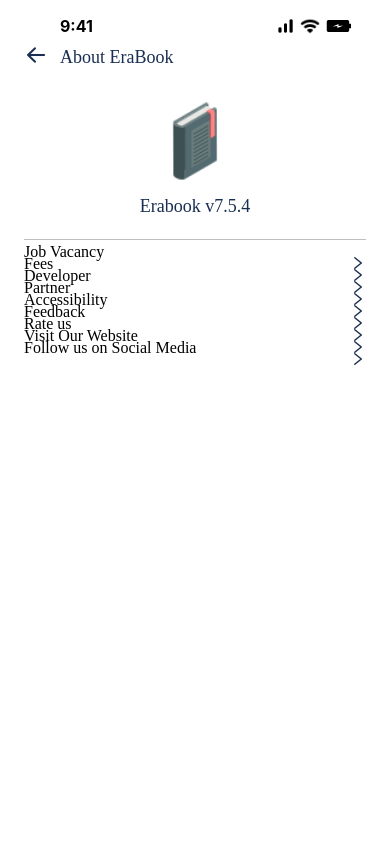
Repository: tnmod/Erabook
Screen: / (app in app/)
An editor plug-in stored every save of this project. The screen is shown before and after the next save, followed by the edit.
The app was drawn by React Native's web renderer in a window 390 px wide. The project was rebuilt for these pictures with package versions that can differ from the ones it lists, and the page was loaded fresh each time. Imported but missing from the stored project, and not drawn on this page: app/src/redux/features/CounterAPI.

Above is the screen before, as saved 2023-05-25 15:00:14.

After the next save:
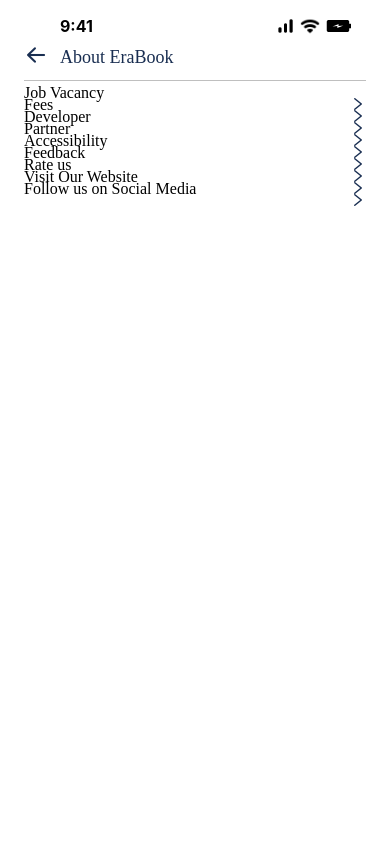
Saved 43 s later.
--- a/app/src/screens/Notification/Notification.tsx
+++ b/app/src/screens/Notification/Notification.tsx
@@ -13,10 +13,6 @@
           <Icon size={24} name='arrowleft' color={'#192e51'} />
           <Text style={[styles.text500, { marginLeft: 12, fontSize: 18 }]}>About EraBook</Text>
         </TouchableOpacity>
-        <View style={[{ alignItems: 'center', marginVertical: 12, marginTop: 32 }]}>
-          <Image style={{ width: 82, height: 82 }} source={require('../../assets/icon/main/main-icon.png')} />
-          <Text style={[styles.text700, { fontSize: 18, marginTop: 12 }]}>Erabook v7.5.4</Text>
-        </View>
         <View style={{ width: "100%", height: 0.5, backgroundColor: 'grey', opacity: 0.5, marginVertical: 12 }}></View>
         <View style={[{ marginTop: 12 }]}>
           <TouchableOpacity style={[styles.container1]}>
